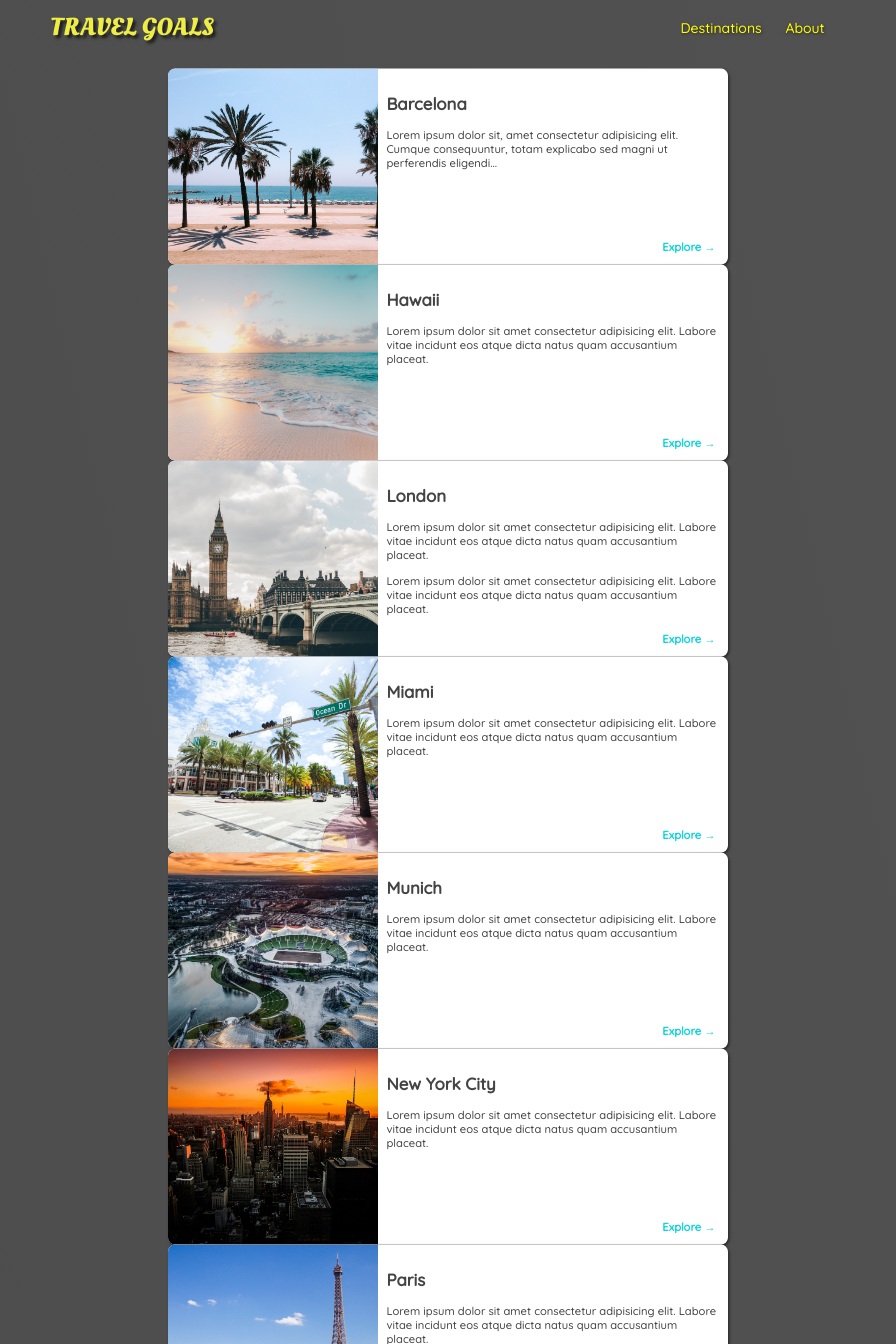
Repository: MicTomm/Travel-Goals
Page: places.html
The author's editor kept a copy of each file at every save. The page is drawn from the files as they stood at one save, then again after the next save.
The browser window is 1280 px wide. The pictures show the part of the page from y = 0 to 1920 px (the page is 3048 px tall), at 70% of full size.

Above is the page before, as saved 2023-06-09 10:29:03.

### places.html
<!DOCTYPE html>
<html lang="it">

<head>
    <meta charset="UTF-8">
    <title>Travel Goals</title>
    <link rel="stylesheet"
        href="https://fonts.googleapis.com/css2?family=Raleway:wght@700&family=Oleo+Script:wght@700&family=Quicksand:wght@300;500&display=swap">
    <link href="/styles/shared.css" rel="stylesheet">
    <link href="/styles/places.css" rel="stylesheet">
</head>

<body>
    <header>
        <div id="logo">
            <a href="/index.html">Travel Goals</a>
        </div>
        <nav>
            <ul>
                <li><a href="/places.html">Destinations</a></li>
                <li><a href="">About</a></li>
            </ul>
        </nav>
    </header>
    <main>
        <ul>
            <li>
                <img src="images/places/barcelona.jpg" alt="Barcelona">
                <div class="item-content">
                    <div>
                        <h2>Barcelona</h2>
                        <p>
                            Lorem ipsum dolor sit, amet consectetur adipisicing elit. Cumque consequuntur, totam
                            explicabo sed magni ut perferendis eligendi...
                        </p>
                    </div>
                    <div class="actions">
                        <a href="https://en.wikipedia.org/wiki/Barcelona">Explore &#x2192</a>
                    </div>
                </div>
            </li>
            <li>
                <img src="images/places/hawaii.jpg" alt="Hawaii beach" />
                <div class="item-content">
                    <div>
                        <h2>Hawaii</h2>
                        <p>
                            Lorem ipsum dolor sit amet consectetur adipisicing elit. Labore
                            vitae incidunt eos atque dicta natus quam accusantium placeat.
                        </p>
                    </div>
                    <div class="actions">
                        <a href="https://en.wikipedia.org/wiki/Hawaii">Explore &#x2192</a>
                    </div>
                </div>
            </li>
            <li>
                <img src="images/places/london.jpg" alt="London city" />
                <div class="item-content">
                    <div>
                        <h2>London</h2>
                        <p>
                            Lorem ipsum dolor sit amet consectetur adipisicing elit. Labore
                            vitae incidunt eos atque dicta natus quam accusantium placeat.
                        </p>
                        <p>
                            Lorem ipsum dolor sit amet consectetur adipisicing elit. Labore
                            vitae incidunt eos atque dicta natus quam accusantium placeat.
                        </p>
                    </div>
                    <div class="actions">
                        <a href="https://en.wikipedia.org/wiki/London">Explore &#x2192</a>
                    </div>
                </div>
            </li>
            <li>
                <img src="images/places/miami.jpg" alt="Miami streets" />
                <div class="item-content">
                    <div>
                        <h2>Miami</h2>
                        <p>
                            Lorem ipsum dolor sit amet consectetur adipisicing elit. Labore
                            vitae incidunt eos atque dicta natus quam accusantium placeat.
                        </p>
                    </div>
                    <div class="actions">
                        <a href="https://en.wikipedia.org/wiki/Miami">Explore &#x2192</a>
                    </div>
                </div>
            </li>
            <li>
                <img src="images/places/munich.jpg" alt="Munich football stadium" />
                <div class="item-content">
                    <div>
                        <h2>Munich</h2>
                        <p>
                            Lorem ipsum dolor sit amet consectetur adipisicing elit. Labore
                            vitae incidunt eos atque dicta natus quam accusantium placeat.
                        </p>
                    </div>
                    <div class="actions">
                        <a href="https://en.wikipedia.org/wiki/Munich">Explore &#x2192</a>
                    </div>
                </div>
            </li>
            <li>
                <img src="images/places/new-york-city.jpg" alt="New York City skyline" />
                <div class="item-content">
                    <div>
                        <h2>New York City</h2>
                        <p>
                            Lorem ipsum dolor sit amet consectetur adipisicing elit. Labore
                            vitae incidunt eos atque dicta natus quam accusantium placeat.
                        </p>
                    </div>
                    <div class="actions">
                        <a href="https://en.wikipedia.org/wiki/New_York_City">Explore &#x2192</a>
                    </div>
                </div>
            </li>
            <li>
                <img src="images/places/paris.jpg" alt="Paris city" />
                <div class="item-content">
                    <div>
                        <h2>Paris</h2>
                        <p>
                            Lorem ipsum dolor sit amet consectetur adipisicing elit. Labore
                            vitae incidunt eos atque dicta natus quam accusantium placeat.
                        </p>
                    </div>
                    <div class="actions">
                        <a href="https://en.wikipedia.org/wiki/Paris">Explore &#x2192</a>
                    </div>
                </div>
            </li>
            <li>
                <img src="images/places/sydney.jpg" alt="Sydney beach" />
                <div class="item-content">
                    <div>
                        <h2>Sydney</h2>
                        <p>
                            Lorem ipsum dolor sit amet consectetur adipisicing elit. Labore
                            vitae incidunt eos atque dicta natus quam accusantium placeat.
                        </p>
                    </div>
                    <div class="actions">
                        <a href="https://en.wikipedia.org/wiki/Sydney">Explore &#x2192</a>
                    </div>
                </div>
            </li>
            <li>
                <img src="images/places/tokyo.jpg" alt="Tokyo skyline" />
                <div class="item-content">
                    <div>
                        <h2>Tokyo</h2>
                        <p>
                            Lorem ipsum dolor sit amet consectetur adipisicing elit. Labore
                            vitae incidunt eos atque dicta natus quam accusantium placeat.
                        </p>
                    </div>
                    <div class="actions">
                        <a href="https://en.wikipedia.org/wiki/Tokyo">Explore &#x2192</a>
                    </div>
                </div>
            </li>
            <li>
                <img src="images/places/bali.jpg" alt="Bali beach" />
                <div class="item-content">
                    <div>
                        <h2>Bali</h2>
                        <p>
                            Lorem ipsum dolor sit amet consectetur adipisicing elit. Labore
                            vitae incidunt eos atque dicta natus quam accusantium placeat.
                        </p>
                    </div>
                    <div class="actions">
                        <a href="https://en.wikipedia.org/wiki/Bali">Explore &#x2192</a>
                    </div>
                </div>
            </li>
        </ul>
    </main>
    <footer>
        <ul>
            <li>
                <a href="https://www.facebook.com/" title="facebook">
                    <img src="/images/icons/facebook.png" alt="facebook-icon">
                </a>
            </li>
            <li>
                <a href="https://www.instagram.com/" title="instagram">
                    <img src="/images/icons/insta.png" alt="instagram-icon">
                </a>
            </li>
    </footer>
</body>

</html>

### styles/shared.css
body {
    margin: 0px;
    font-family: 'Quicksand', sans-serif;
}

ul {
    list-style: none;
    padding: 0px;
    margin: 0px;
}

header {
    display: flex;
    justify-content: space-between;
    align-items: center;
    padding: 15px 60px;
    position: absolute;
    width: 100%;
    top: 0;
    left: 0;
    box-sizing: border-box;
}

header ul {
    margin: 10px;
    display: flex;
    justify-content: space-between;
    width: 250px;
}

header li {
    width: 100px;
}

header a {
    color: yellow;
    text-decoration: none;
    font-size: 20px;
    padding: 12px;
    text-shadow: 1px 1px 4px rgba(0, 0, 0, 0.5);
}

header a:hover {
    background-color: yellow;
    box-shadow: 2px 2px 4px rgba(0, 0, 0, 0.5);
    color: rgb(67, 60, 60);
    text-shadow: 1px 1px 2px rgb(0, 0, 0, 0.5);
    border-radius: 8px;
}

footer{
    background: linear-gradient(70deg, rgb(24, 24, 24), rgb(23, 23, 29));
    padding: 25px;
}

footer ul{
    display: flex;
    justify-content: center;
}

footer li{
    width: 80px;
    height: 80px;
    margin: 0px 10px;
}

footer img{
    width: 100%;
    height: 100%;
}

#logo a {
    font-family: 'Oleo script', sans-serif;
    font-size: 35px;
    text-decoration: none;
    color: rgb(237, 237, 70);
    text-shadow: 4px 4px 4px rgb(31, 29, 29);
    text-transform: uppercase;
}

#logo a:hover {
    background-color: transparent;

}

### styles/places.css
body {
    background: linear-gradient(77deg, rgb(77, 77, 77), rgb(81, 81, 81));
    color: rgb(68, 68, 68);
}

/*
    position: static sovrascrive il comportamento impostato per l'header nel file shared.css, al fine
    di evitare la sovrapposizione delle prime card sull'header
*/
header {
    position: static;
}

main ul {
    width: 800px;
    margin: 20px auto;
}

main li {
    display: flex;
    background-color: white;
    border-radius: 10px;
    overflow: hidden;
    box-shadow: 2px 2px 4px rgba(0, 0, 0, 0.5);
}

main li img {
    height: 280px;
    width: 300px;
    object-fit: cover;
}

/*card-content*/
.item-content{
    margin: 0px 12px;
    padding: 15px 0px;
    display: flex;
    flex-direction: column;
    justify-content: space-between;

}

/*card "explore link"*/
.actions{
    text-align: right;
}

.actions a{
    text-decoration: none;
    color: rgb(22, 211, 218);
    border-radius: 8px;
    box-shadow: 2px, 2px, 4px, black;
    padding:6px;
    font-weight: 600;
}

.actions a:hover{
    text-shadow: 1px 1px 2px  rgb(6, 150, 155) ;
    background-color:rgb(227, 251, 251);
}

After the next save:
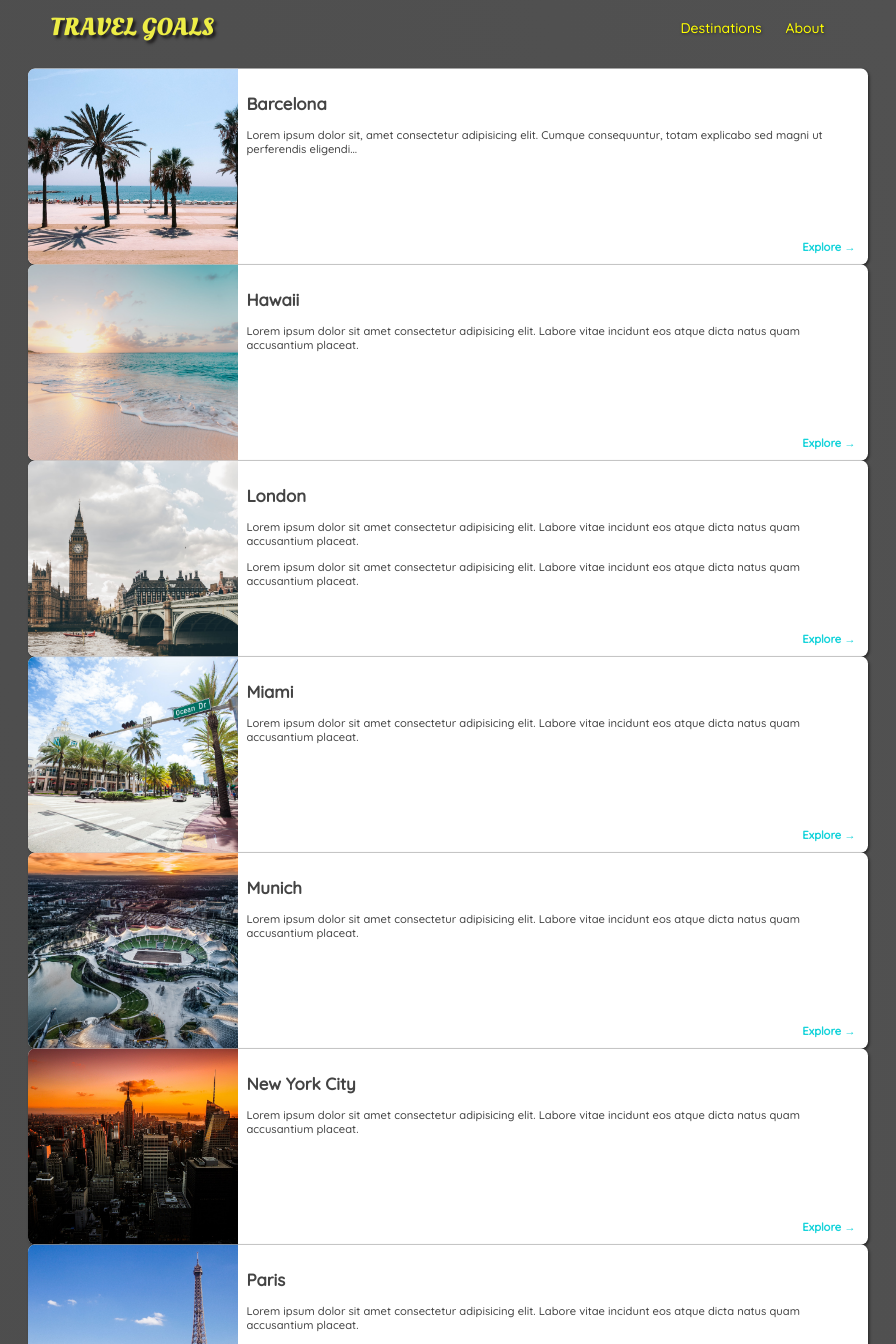
Saved 73 s later.
--- a/styles/places.css
+++ b/styles/places.css
@@ -12,7 +12,7 @@ header {
 }
 
 main ul {
-    width: 800px;
+    width: 1200px;
     margin: 20px auto;
 }
 
